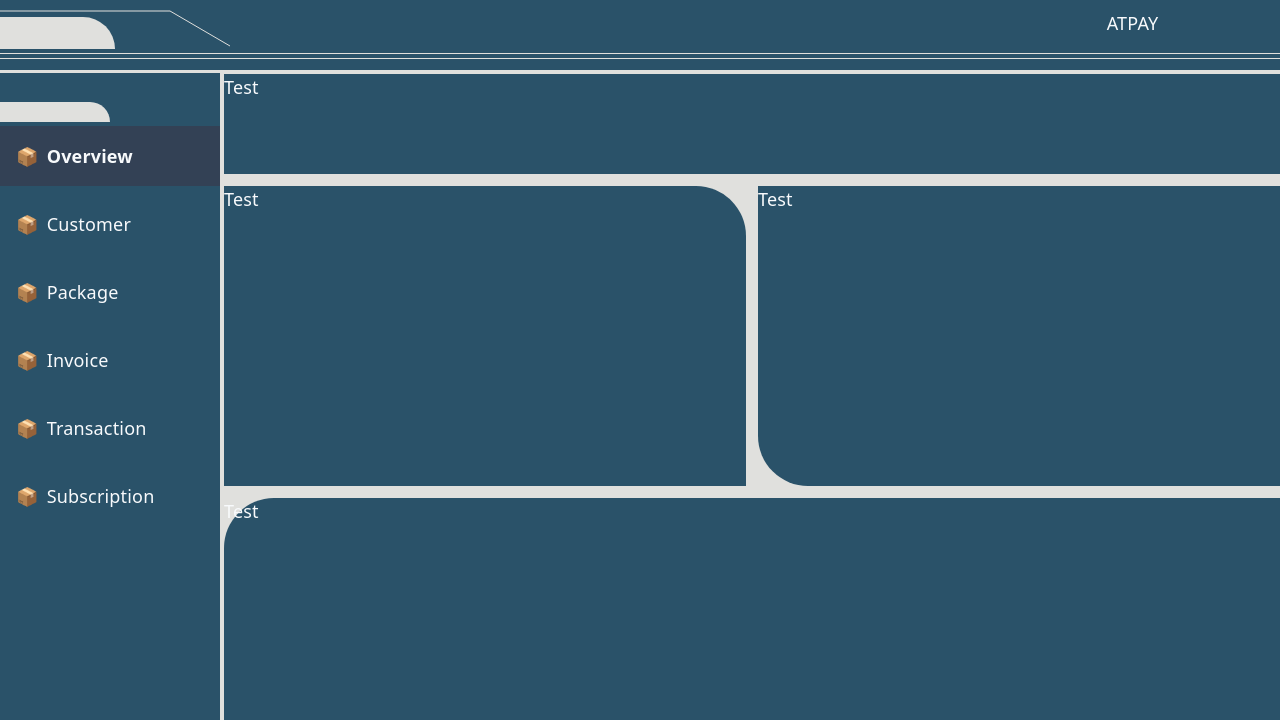
Repository: Farazdaq/stripe-payment-integration
Page: /dashboard (app in stripe-integration-react-dashboard/)
An editor plug-in stored every save of this project. The page is shown before and after the next save, followed by the edit.
The browser window is 1280 px wide. The pictures show the whole page.
An inner scrolling area shows only its first screen. The project was rebuilt for these pictures with package versions that can differ from the ones it lists, and the page was loaded fresh each time. Also part of the build but not shown: stripe-integration-react-dashboard/vite.config.ts, stripe-integration-react-dashboard/src/App.css, stripe-integration-react-dashboard/src/features/dashboard/pages/Customer.tsx, stripe-integration-react-dashboard/src/features/dashboard/pages/Package.tsx, stripe-integration-react-dashboard/src/features/dashboard/pages/Invoice.tsx, stripe-integration-react-dashboard/src/features/dashboard/pages/Transaction.tsx, stripe-integration-react-dashboard/src/features/dashboard/pages/Subscription.tsx.

Above is the page before, as saved 2026-05-12 16:54:16.

After the next save:
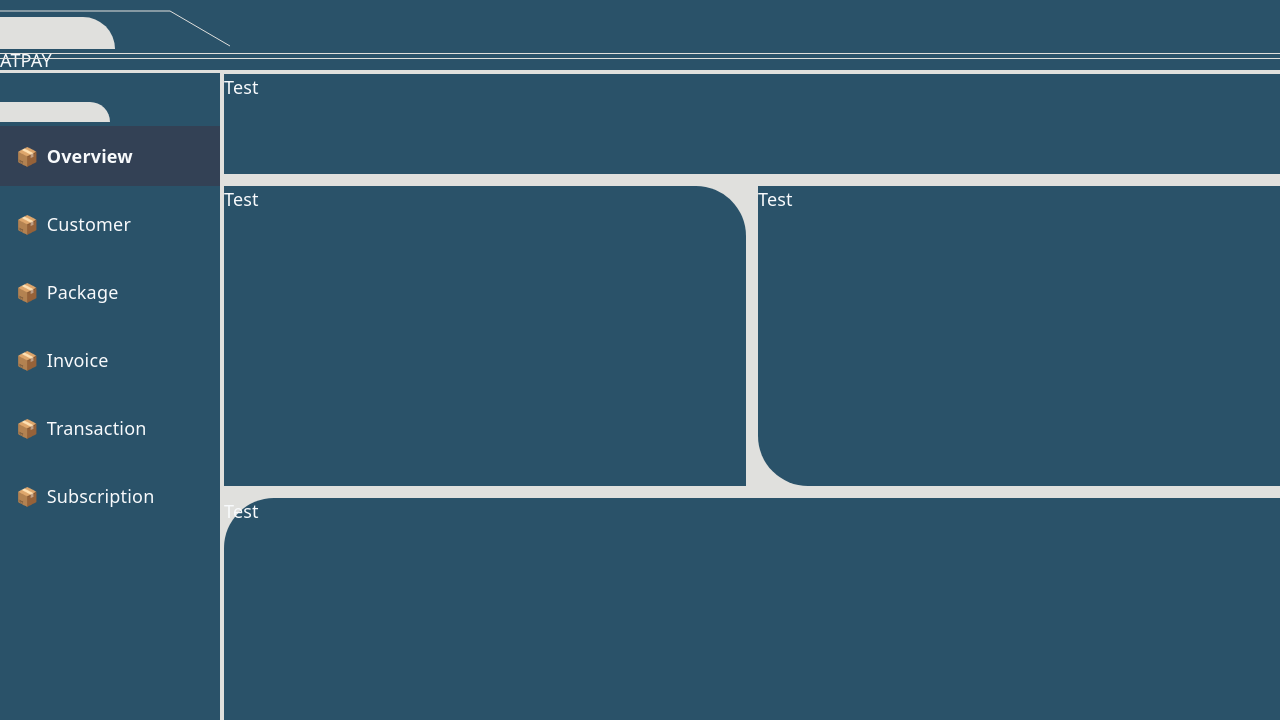
Saved 35 s later.
--- a/stripe-integration-react-dashboard/src/features/dashboard/layout/Navbar.tsx
+++ b/stripe-integration-react-dashboard/src/features/dashboard/layout/Navbar.tsx
@@ -17,9 +17,8 @@
     >
       <div className="flex flex-col gap-1 md:gap-1">
         {/* FIX: Wrap angled divider in a fixed-height container */}
-
-        <div style={{ height: "3px", overflow: "visible" }}>
-          <div className="flex flex-row">
+        <div className="flex flex-row">
+          <div style={{ height: "3px", overflow: "visible" }}>
             <LineDivider
               color="#E0E0DD"
               thickness="1px"

After the save that followed:
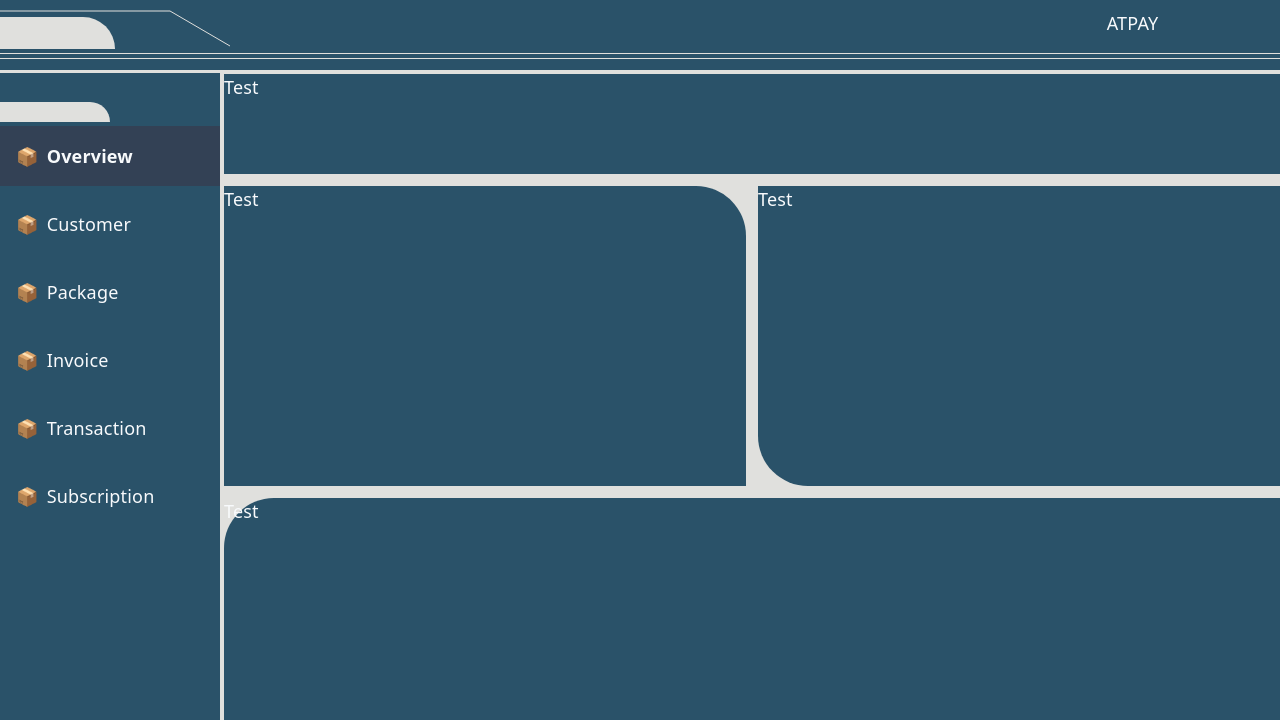
Saved 6 s later.
--- a/stripe-integration-react-dashboard/src/features/dashboard/layout/Navbar.tsx
+++ b/stripe-integration-react-dashboard/src/features/dashboard/layout/Navbar.tsx
@@ -17,8 +17,9 @@
     >
       <div className="flex flex-col gap-1 md:gap-1">
         {/* FIX: Wrap angled divider in a fixed-height container */}
-        <div className="flex flex-row">
-          <div style={{ height: "3px", overflow: "visible" }}>
+
+        <div style={{ height: "3px", overflow: "visible" }}>
+          <div className="flex flex-row">
             <LineDivider
               color="#E0E0DD"
               thickness="1px"
